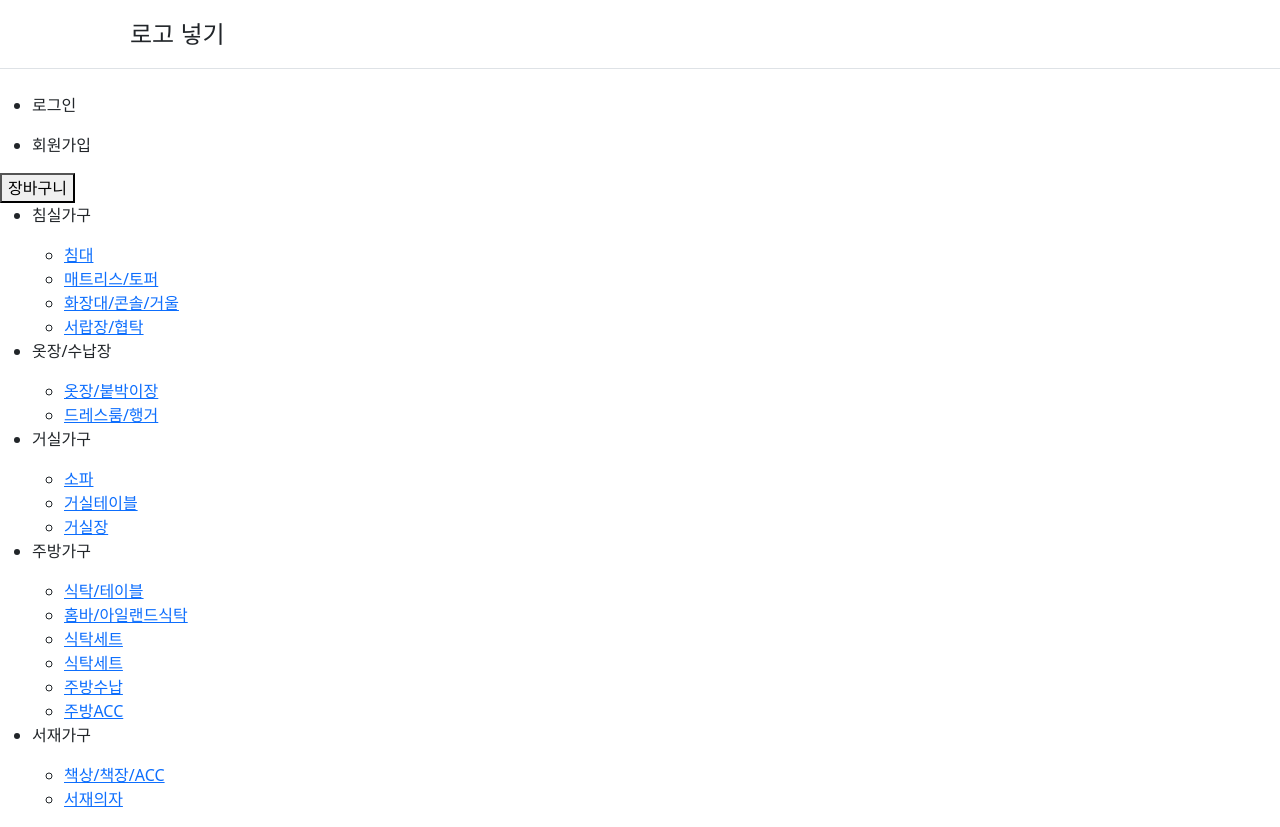
Repository: raoniee/Elice-House-Project
Page: FE/src/components/header/header.html
These files come from the project's save history. The page is drawn as it stood at one moment and after the next save; the edit follows.
The browser window is 1280 px wide. The pictures show the whole page.

Above is the page before, as saved 2023-07-04 16:04:28.

### FE/src/components/header/header.html
<!DOCTYPE html>
<html lang="ko">
  <head>
    <meta charset="UTF-8" />
    <meta http-equiv="X-UA-Compatible" content="IE=edge" />
    <meta name="viewport" content="width=device-width, initial-scale=1.0" />
    <title>Elice-House</title>
    <link
      href="https://cdn.jsdelivr.net/npm/bootstrap@5.2.3/dist/css/bootstrap.min.css"
      rel="stylesheet"
      integrity="sha384-rbsA2VBKQhggwzxH7pPCaAqO46MgnOM80zW1RWuH61DGLwZJEdK2Kadq2F9CUG65"
      crossorigin="anonymous"
    />
  </head>

  <body>
    <header class="py-3 mb-4 border-bottom">
      <div class="container d-flex flex-wrap justify-content-center">
        <a
          href="/"
          class="d-flex align-items-center mb-3 mb-lg-0 me-lg-auto text-dark text-decoration-none"
        >
          <svg class="bi me-2" width="40" height="32">
            <use xlink:href="#bootstrap" />
          </svg>
          <span class="fs-4">로고 넣기</span>
        </a>
      </div>
    </header>
    <header class="header">
      <div class="top">
        <div class="inner">
          <h1>
            <a href="/">
              <div class="logo"></div>
            </a>
          </h1>
          <div class="membership">
            <ul>
              <li><p>로그인</p></li>
              <li><p>회원가입</p></li>
            </ul>
          </div>
          <div class="basket">
            <button>장바구니</button>
          </div>
        </div>
      </div>
      <div class="bottom">
        <nav class="gnb">
          <ul>
            <li>
              <p>침실가구</p>
              <nav class="smenu">
                <div class="smenu_inner">
                  <ul>
                    <li><a href="">침대</a></li>
                    <li><a href="">매트리스/토퍼</a></li>
                    <li><a href="">화장대/콘솔/거울</a></li>
                    <li><a href="">서랍장/협탁</a></li>
                  </ul>
                </div>
              </nav>
            </li>
            <li>
              <p>옷장/수납장</p>
              <nav class="smenu">
                <div class="smenu_inner">
                  <ul>
                    <li><a href="">옷장/붙박이장</a></li>
                    <li><a href="">드레스룸/행거</a></li>
                  </ul>
                </div>
              </nav>
            </li>
            <li>
              <p>거실가구</p>
              <nav class="smenu">
                <div class="smenu_inner">
                  <ul>
                    <li><a href="">소파</a></li>
                    <li><a href="">거실테이블</a></li>
                    <li><a href="">거실장</a></li>
                  </ul>
                </div>
              </nav>
            </li>
            <li>
              <p>주방가구</p>
              <nav class="smenu">
                <div class="smenu_inner">
                  <ul>
                    <li><a href="">식탁/테이블</a></li>
                    <li><a href="">홈바/아일랜드식탁</a></li>
                    <li><a href="">식탁세트</a></li>
                    <li><a href="">식탁세트</a></li>
                    <li><a href="">주방수납</a></li>
                    <li><a href="">주방ACC</a></li>
                  </ul>
                </div>
              </nav>
            </li>
            <li>
              <p>서재가구</p>
              <nav class="smenu">
                <div class="smenu_inner">
                  <ul>
                    <li><a href="">책상/책장/ACC</a></li>
                    <li><a href="">서재의자</a></li>
                  </ul>
                </div>
              </nav>
            </li>
          </ul>
        </nav>
      </div>
    </header>
    <script
      src="https://cdn.jsdelivr.net/npm/bootstrap@5.2.3/dist/js/bootstrap.bundle.min.js"
      integrity="sha384-kenU1KFdBIe4zVF0s0G1M5b4hcpxyD9F7jL+jjXkk+Q2h455rYXK/7HAuoJl+0I4"
      crossorigin="anonymous"
    ></script>
  </body>
</html>

After the next save:
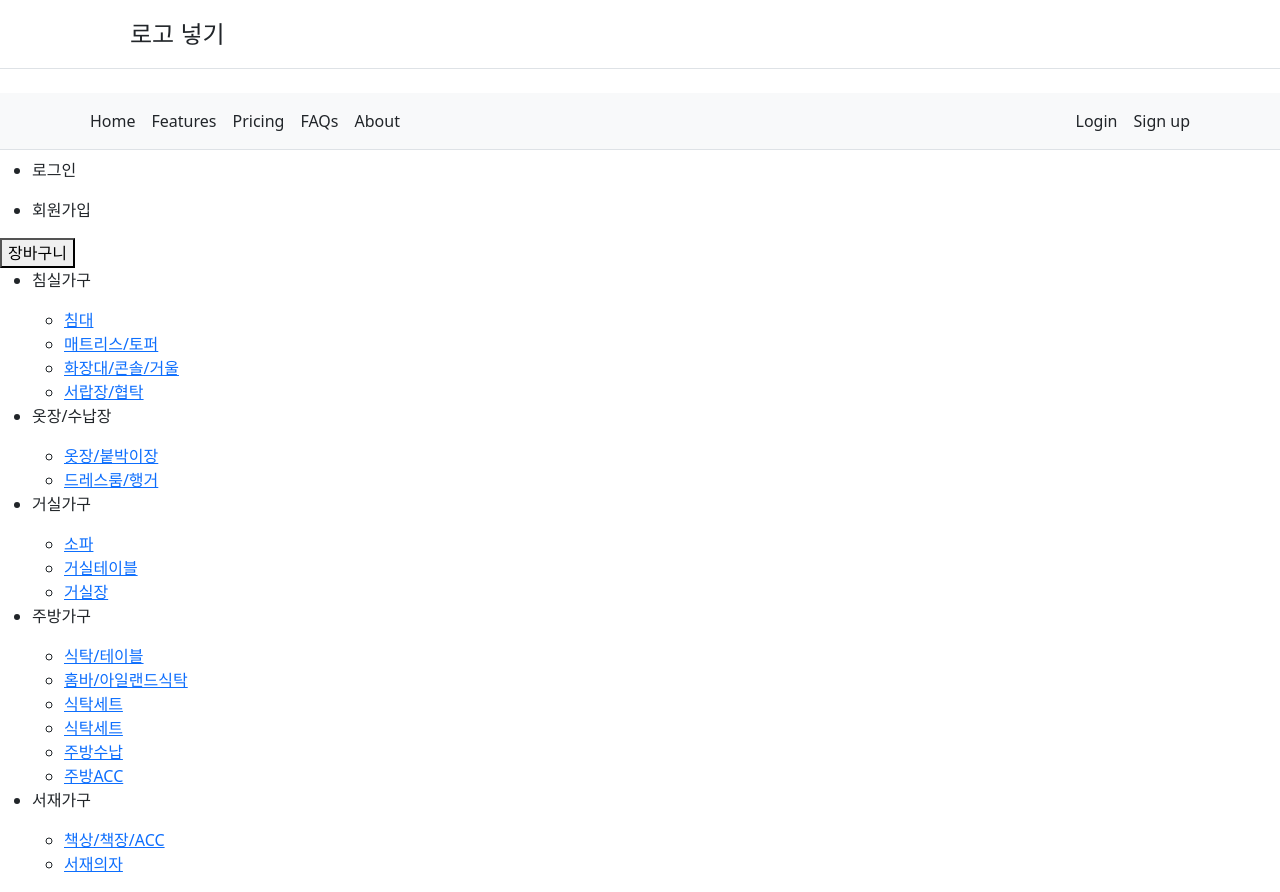
Saved 18 s later.
--- a/FE/src/components/header/header.html
+++ b/FE/src/components/header/header.html
@@ -27,6 +27,40 @@
         </a>
       </div>
     </header>
+    <nav class="py-2 bg-light border-bottom">
+      <div class="container d-flex flex-wrap">
+        <ul class="nav me-auto">
+          <li class="nav-item">
+            <a
+              href="#"
+              class="nav-link link-dark px-2 active"
+              aria-current="page"
+              >Home</a
+            >
+          </li>
+          <li class="nav-item">
+            <a href="#" class="nav-link link-dark px-2">Features</a>
+          </li>
+          <li class="nav-item">
+            <a href="#" class="nav-link link-dark px-2">Pricing</a>
+          </li>
+          <li class="nav-item">
+            <a href="#" class="nav-link link-dark px-2">FAQs</a>
+          </li>
+          <li class="nav-item">
+            <a href="#" class="nav-link link-dark px-2">About</a>
+          </li>
+        </ul>
+        <ul class="nav">
+          <li class="nav-item">
+            <a href="#" class="nav-link link-dark px-2">Login</a>
+          </li>
+          <li class="nav-item">
+            <a href="#" class="nav-link link-dark px-2">Sign up</a>
+          </li>
+        </ul>
+      </div>
+    </nav>
     <header class="header">
       <div class="top">
         <div class="inner">
